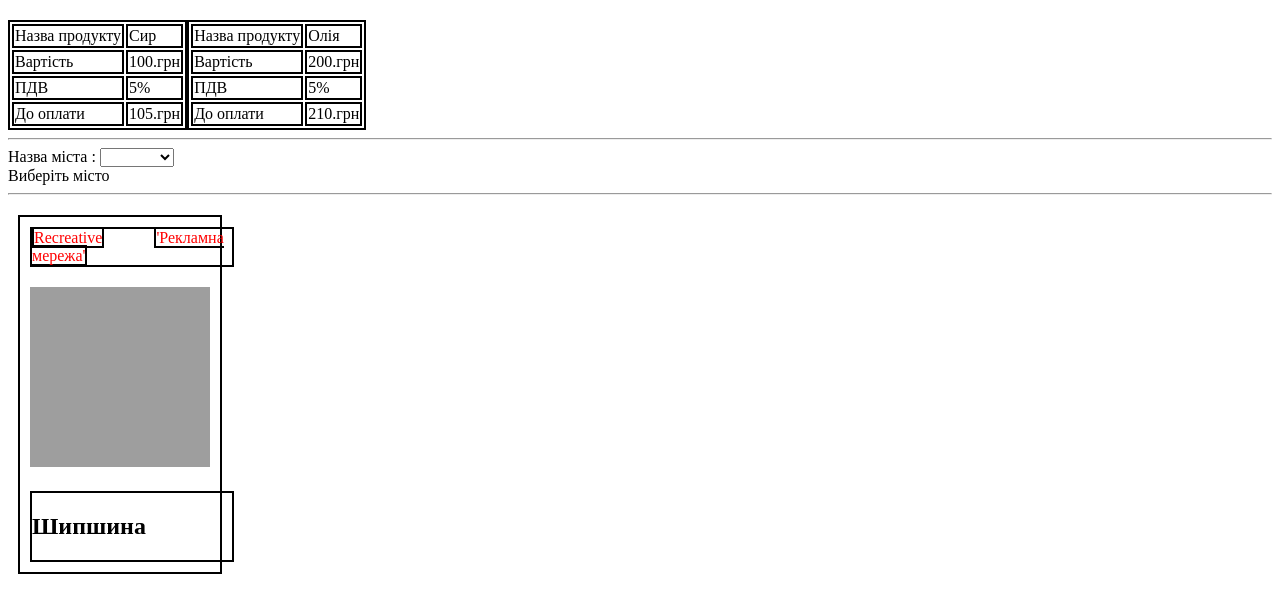
Repository: AnatoliyZaporozhets/HomeTask
Page: / (app in HomeWork_1/)
These files come from the project's save history. The page is drawn as it stood at one moment and after the next save; the edit follows.
The browser window is 1280 px wide. The pictures show the whole page.
Pictures or frames that could not be fetched are drawn as grey boxes. The project was rebuilt for these pictures with package versions that can differ from the ones it lists, and the page was loaded fresh each time.

Above is the page before, as saved 2022-04-12 21:03:32.

After the next save:
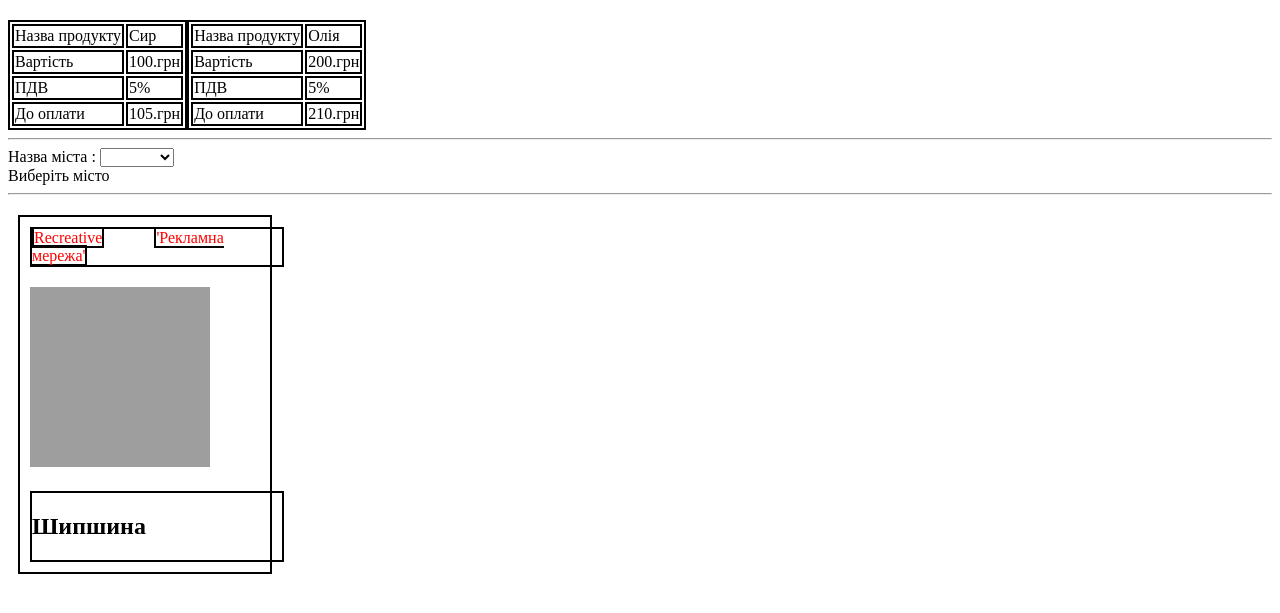
Saved 20 s later.
--- a/HomeWork_1/src/components/BannerList/Banner/index.vue
+++ b/HomeWork_1/src/components/BannerList/Banner/index.vue
@@ -40,13 +40,12 @@ img{
    color: red;
    margin-right:  50px; ;
    border: 2px solid black;
-   width: 50px;
-   height: 100px;
+
 }
 div{
  margin: 10px;
     border: 2px solid black;
-    width: 200px;
+    width: 250px;
 }
 #app{
 
